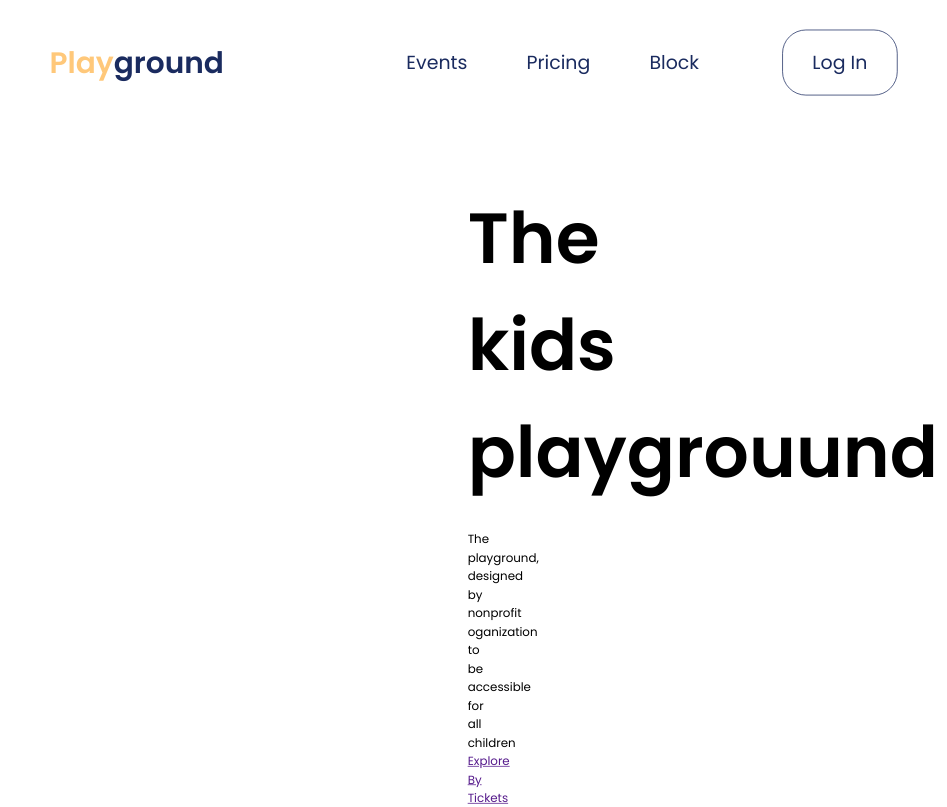
Repository: tuanpham-aptech/front-end
Page: psdtohtml/playgroud/index.html
The author's editor kept a copy of each file at every save. The page is drawn from the files as they stood at one save, then again after a run of saves.
The browser window is 1280 px wide. The pictures show the whole page, at 74% of full size.
Some web libraries are served in a nearby version.

Above is the page before, as saved 2021-10-13 17:47:01.

### psdtohtml/playgroud/index.html
<!DOCTYPE html>
<html lang="en">
<head>
    <meta charset="UTF-8">
    <meta http-equiv="X-UA-Compatible" content="IE=edge">
    <meta name="viewport" content="width=device-width, initial-scale=1.0">
    <title>PlayGround</title>
    <link rel="preconnect" href="https://fonts.googleapis.com">
<link rel="preconnect" href="https://fonts.gstatic.com" crossorigin>
<link href="https://fonts.googleapis.com/css2?family=Poppins:wght@300;400;600&display=swap" rel="stylesheet">
<link rel="stylesheet" href="https://pro.fontawesome.com/releases/v5.10.0/css/all.css" integrity="sha384-AYmEC3Yw5cVb3ZcuHtOA93w35dYTsvhLPVnYs9eStHfGJvOvKxVfELGroGkvsg+p" crossorigin="anonymous"/>
<link rel="stylesheet" href="./assets/css/style.css">
</head>
<body>
    <div class="wrapper">
        <div class="header">
            <div class="container header__inner">
                <a href="#" class="logo">
                    <span class="logo__text">Play</span>ground
                </a>
                <nav class="header__menu">
                    <ul class="header__menu-list">
                        <li class="header__menu-item">
                            <a href="#" class="header__menu-link">
                                Events
                            </a>
                        </li>
                        <li class="header__menu-item">
                            <a href="#" class="header__menu-link">
                                Pricing
                            </a>
                        </li>
                        <li class="header__menu-item">
                            <a href="#" class="header__menu-link">
                                Block
                            </a>
                        </li>
                        <li class="header__menu-item">
                            <a href="#" class="header__menu-link header__login">
                                Log In
                            </a>
                        </li>
                    </ul>
                </nav>
            </div>
        </div>
        <section class="banner">
           <div class="container">
            <h1 class="banner__heading">The kids playgrouund</h1>
            <p class="banner__desc">The playground, designed by nonprofit oganization to be accessible for all children</p>
            <div class="banner__buttons">
                <a href="" class="btn">Explore</a>
                <a href="" class="btn">By Tickets</a>
            </div>
           </div>
        </section>
    </div>
</body>
</html>

### psdtohtml/playgroud/assets/css/style.css
* {
    box-sizing: border-box;
    padding: 0;
    margin: 0;
    -webkit-box-sizing: border-box;
}
:root {
    --primary-color: #ffc87a;
    --text-color: #1a2b5f;
}
body {
    font-family: 'Poppins', sans-serif;
}
.wrapper {
    max-width: 1440px;
    margin: 0 auto;
}

.container {
    max-width: 1210px;
    padding-left: 2rem;
    padding-right: 2rem;
    margin: 0 auto;
}

.header {
    padding-top: 40px;
}

.header__inner {
    display: flex;
    justify-content: space-between;
    align-items: center;
}

.header__menu-list {
    display: flex;
    align-items: center;
    list-style: none;
}

.header__menu-item {
    margin-left: 5rem;
}

.header__menu-item:last-child {
    margin-left: 7rem;
}

.header__menu-link {
    transition: color 0.25s linear;
    text-decoration: none;
    font-size: 1.6rem;
    color:var(--text-color);
}

.header__menu-link:hover {
    color:var(--primary-color);
}

.header__login {
    padding: 1.5rem 2.5rem;
    display: inline-block;
    border: 1px solid;
    border-radius: 2rem;
}
.logo {
    font-size: 2.5rem;
    font-weight: 600;
    text-decoration: none;
    color:var(--text-color);

}

.logo__text {
    color:var(--primary-color);
}

.banner {
    padding-top: 120px;
    max-width: 80px;
    margin: 0 auto;
    text-align: center;
}

.banner__heading {
    margin-bottom: 2rem;
    font-size: 6rem;
    font-weight: 600;
}

.ba

After the next 2 saves:
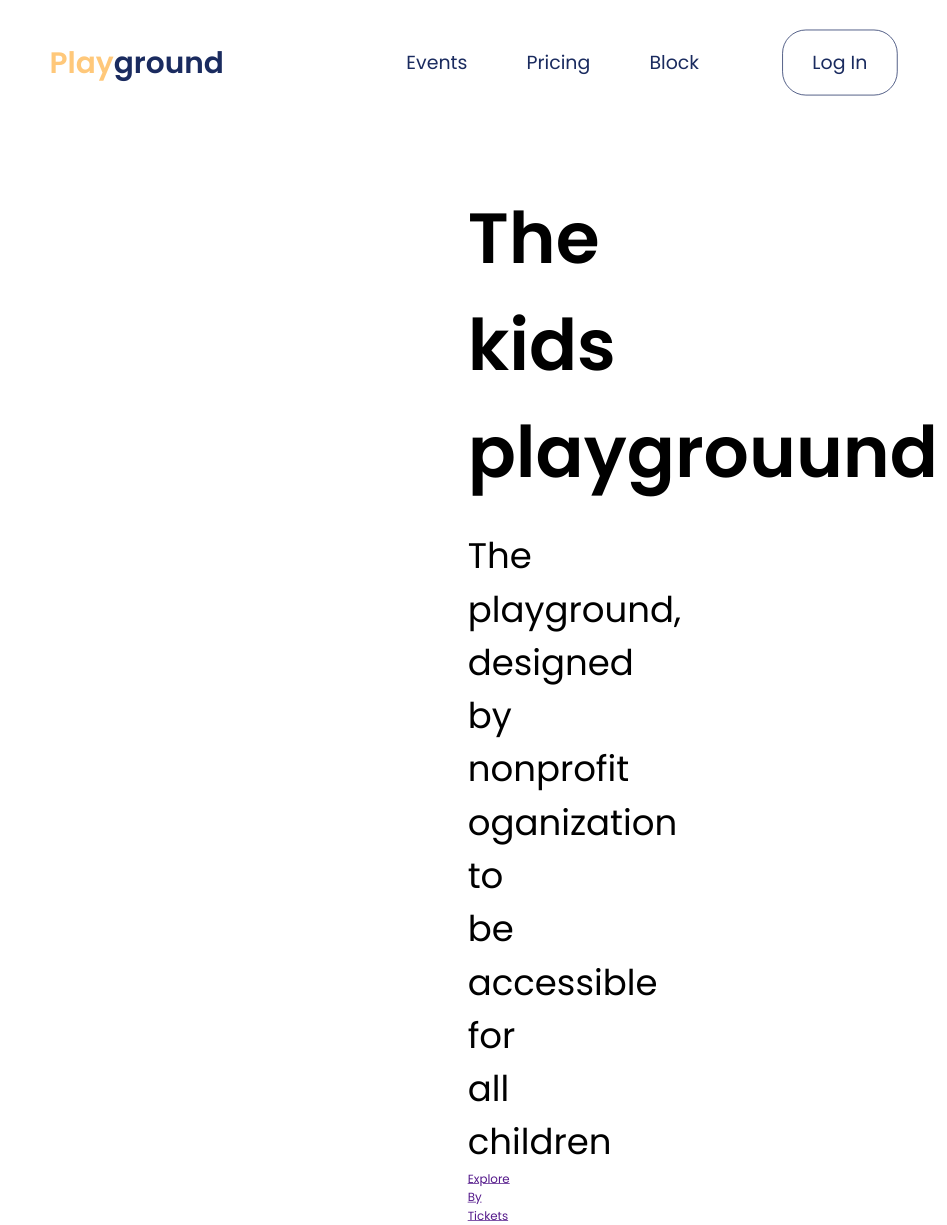
The 2 saves are shown as one change because they came seconds apart.
The last was saved 8 s later.
--- a/psdtohtml/playgroud/assets/css/style.css
+++ b/psdtohtml/playgroud/assets/css/style.css
@@ -89,4 +89,6 @@
     font-weight: 600;
 }
 
-.ba
+.banner__desc {
+    font-size: 3rem;
+}
